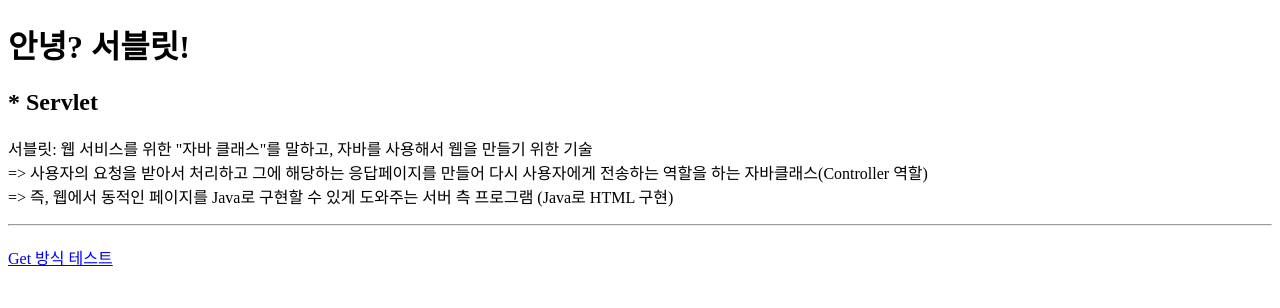
Repository: smjae96/Backup
Page: 5_Servlet/1_Servlet/src/main/webapp/index.html
An editor plug-in stored every save of this project. The page is shown before and after the next save, followed by the edit.
The browser window is 1280 px wide. The pictures show the whole page.

Above is the page before, as saved 2024-03-05 05:03:27.

After the next save:
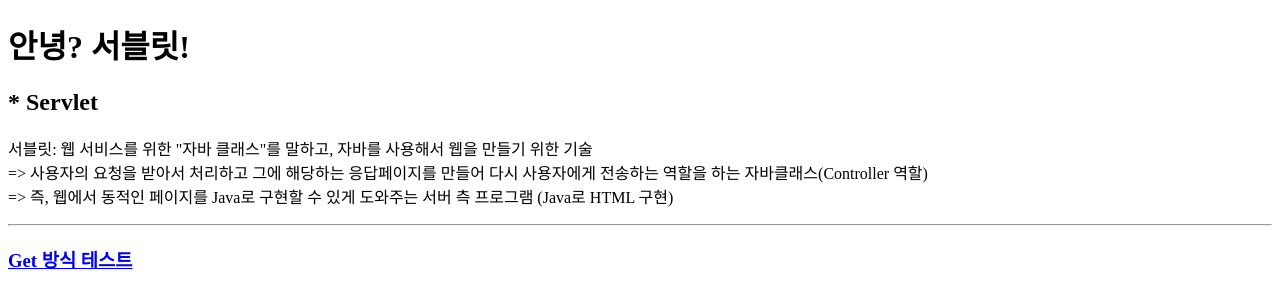
Saved 2 min 47 s later.
--- a/5_Servlet/1_Servlet/src/main/webapp/index.html
+++ b/5_Servlet/1_Servlet/src/main/webapp/index.html
@@ -15,6 +15,8 @@
 		=> 즉, 웹에서 동적인 페이지를 Java로 구현할 수 있게 도와주는 서버 측 프로그램 (Java로 HTML 구현)
 	</p>
 	<hr>
-	<h3></h3><a href="views/requestTest_Get.html">Get 방식 테스트</a></h3>
+	<h3><a href="views/requestTest_Get.html">Get 방식 테스트</a></h3>
+
+	<h3><a href="views/calc_Servlet.html"></a></h3>
 </body>
 </html>
